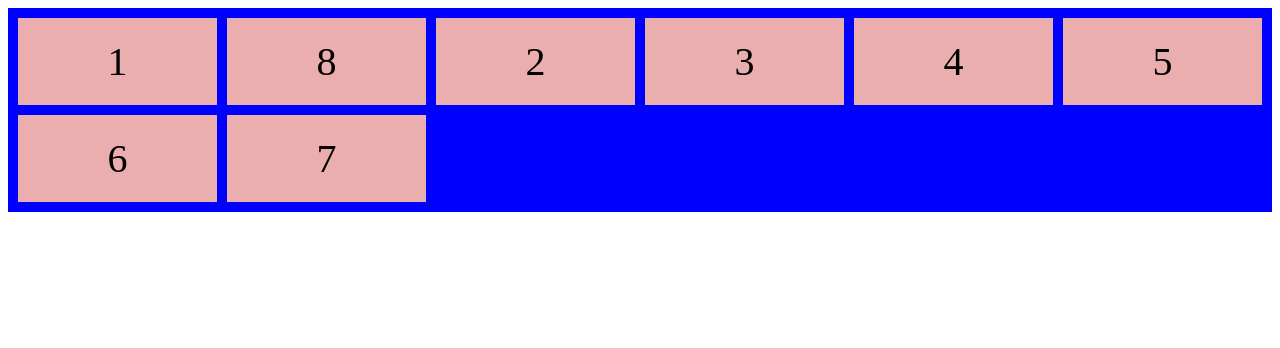
Repository: Thonghehe/Lab2_Web106
Page: Buoi2/index24.html
These files come from the project's save history. The page is drawn as it stood at one moment and after the next save; the edit follows.
The browser window is 1280 px wide. The pictures show the whole page.

Above is the page before, as saved 2024-03-09 17:17:48.

After the next save:
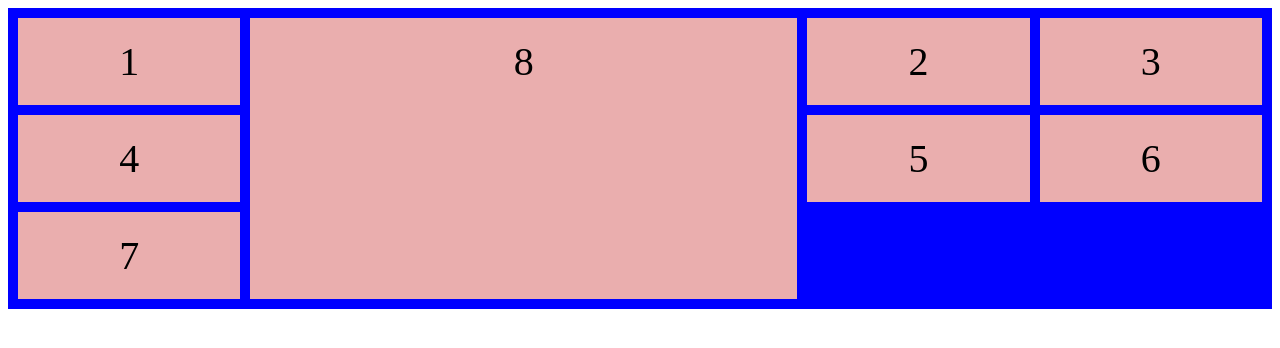
Saved 7 s later.
--- a/Buoi2/index24.html
+++ b/Buoi2/index24.html
@@ -22,7 +22,7 @@
         }
 
         .item8 {
-            grid-area: 1 / 2 / 2 / 3;
+            grid-area: 1 / 2 / 4 / 5;
         }
     </style>
 </head>
